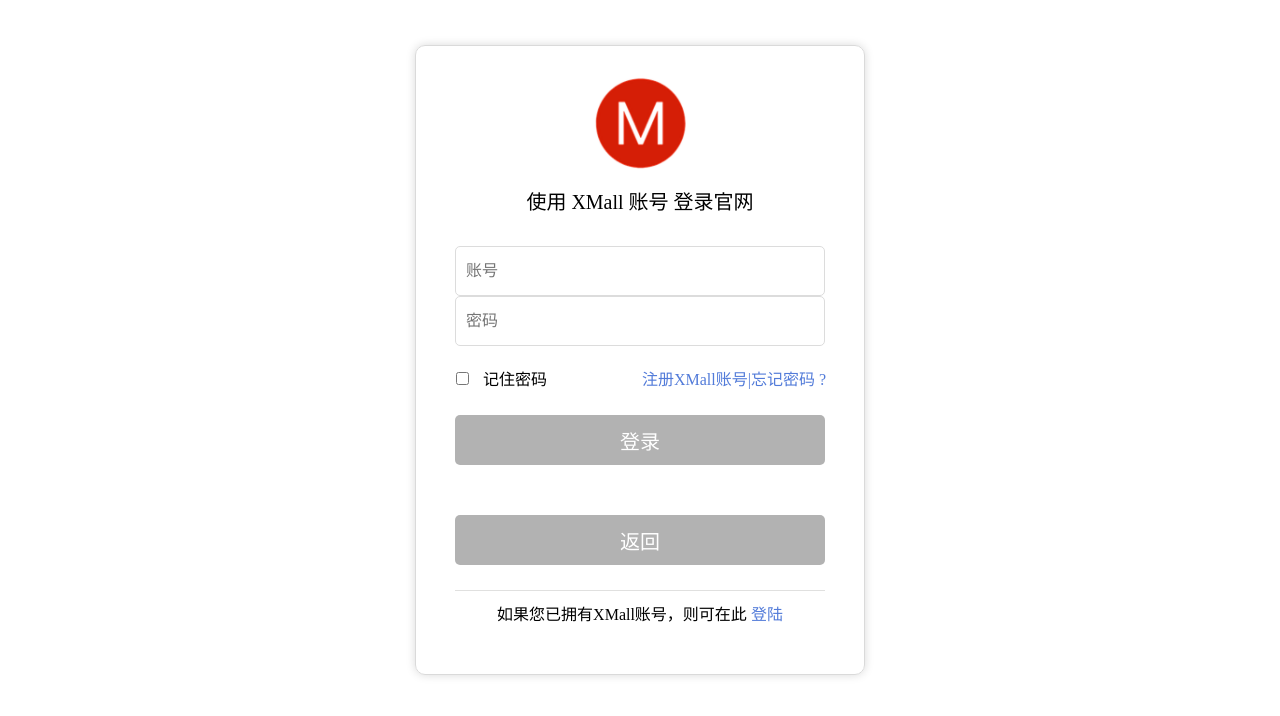
Repository: dingqihui1997/xmall-demo
Page: /signin
These files come from the project's save history. The page is drawn as it stood at one moment and after the next save; the edit follows.
The browser window is 1280 px wide. The pictures show the whole page.
The project was rebuilt for these pictures with package versions that can differ from the ones it lists, and the page was loaded fresh each time. Also part of the build but not shown: vue.config.js, src/views/Home.vue.

Above is the page before, as saved 2021-06-29 17:50:40.

After the next save:
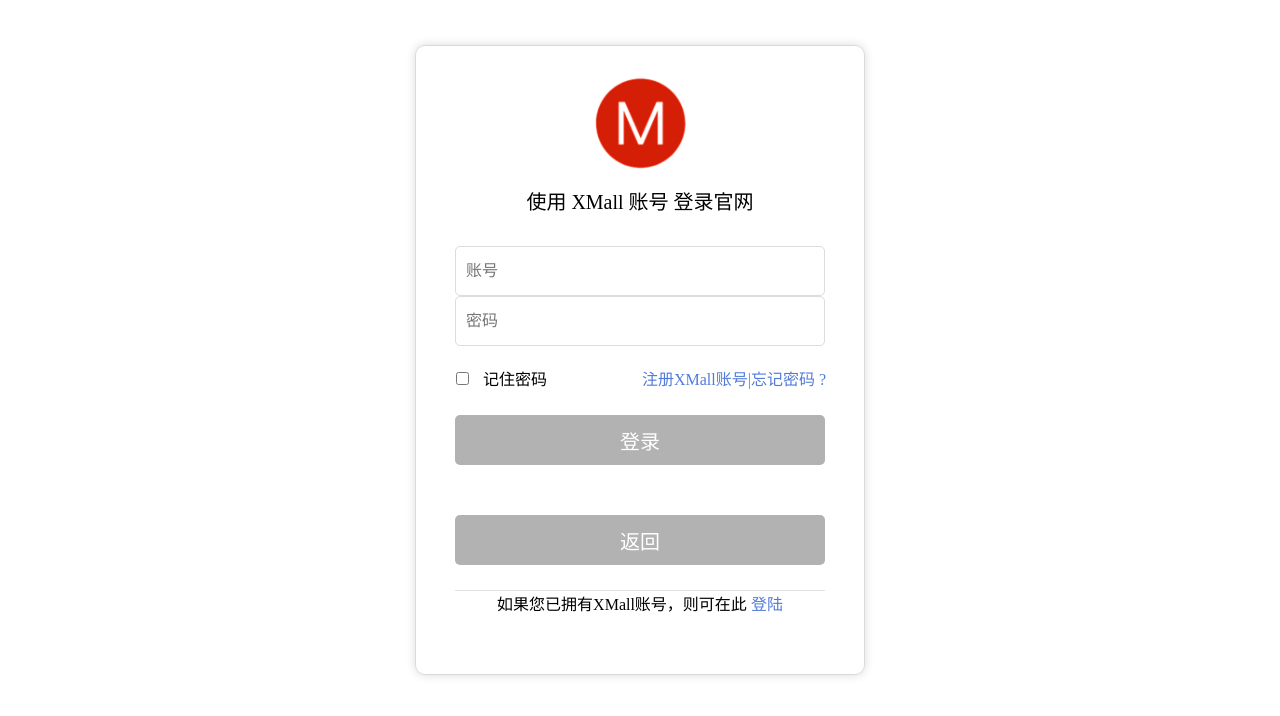
Saved 32 s later.
--- a/src/components/signin/Signin.vue
+++ b/src/components/signin/Signin.vue
@@ -160,8 +160,6 @@
 }
 
 .name {
-  //   margin-top: 10px;
-  //   margin-bottom: 10px;
   text-align: center;
 }
 .choice {
@@ -179,7 +177,7 @@
 .bottom {
   width: 370px;
   border-top: 1px #e0e0df solid;
-  padding-top: 10px;
+  //   padding-top: 10px;
 }
 .back {
   background-color: #5f86e4; //当按钮不禁用的时候就显示蓝色，然后添加hover的效果

After the save that followed:
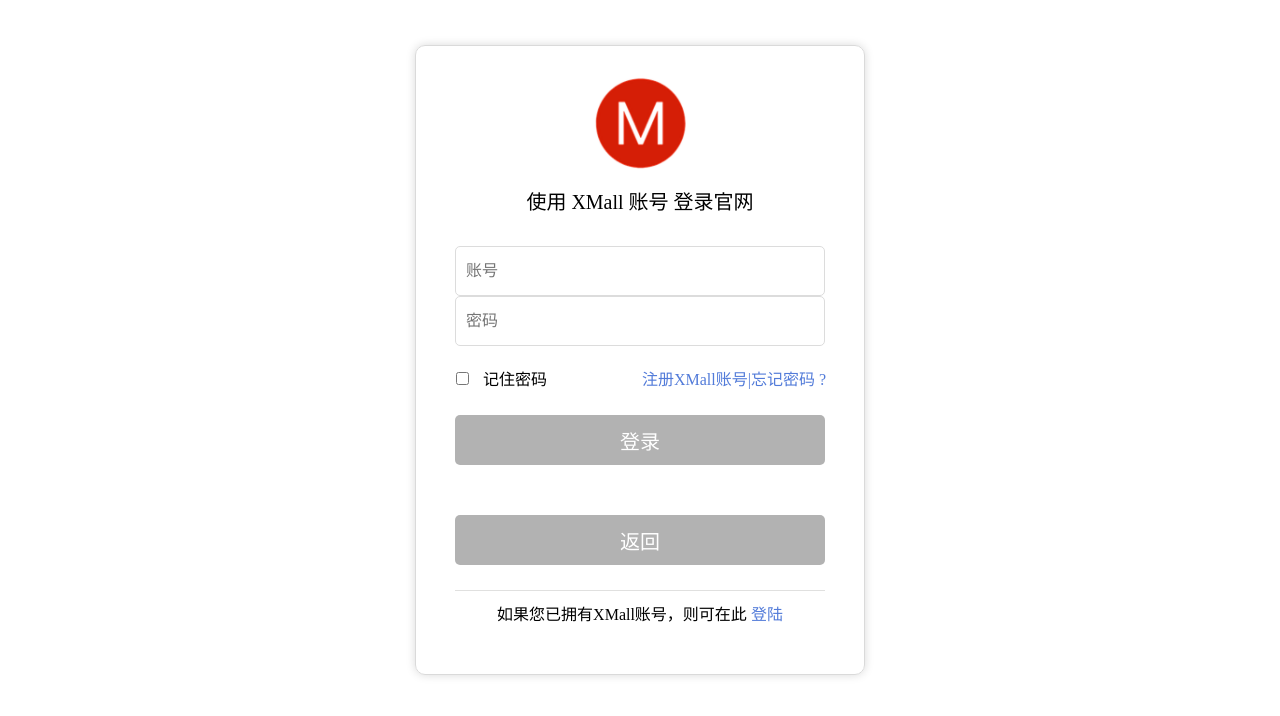
Saved 11 s later.
--- a/src/components/signin/Signin.vue
+++ b/src/components/signin/Signin.vue
@@ -177,7 +177,7 @@
 .bottom {
   width: 370px;
   border-top: 1px #e0e0df solid;
-  //   padding-top: 10px;
+  padding-top: 10px;
 }
 .back {
   background-color: #5f86e4; //当按钮不禁用的时候就显示蓝色，然后添加hover的效果
